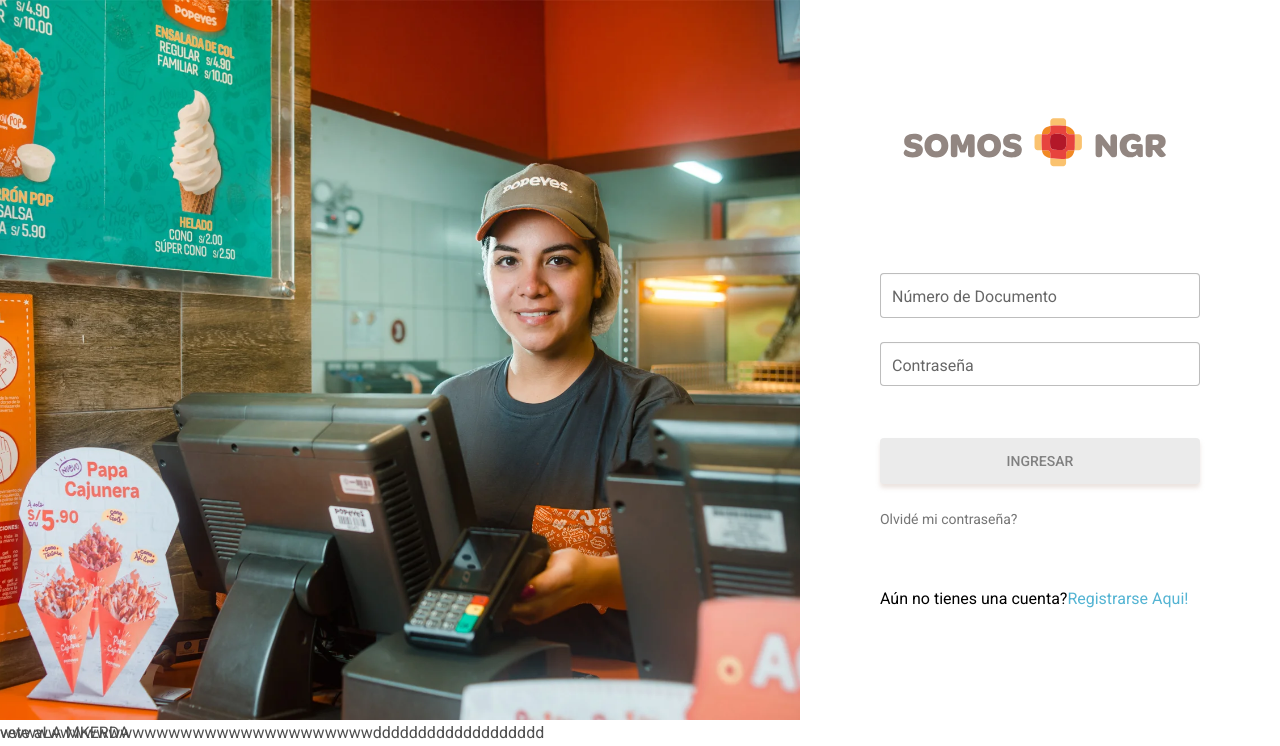
Repository: igmeMarcial/ProyectoLP-2023
Page: http://localhost/proyectoLP_2023/
An editor plug-in stored every save of this project. The page is shown before and after the next save, followed by the edit.
The browser window is 1280 px wide. The pictures show the whole page.
Some web libraries are served in a nearby version. The page is served by Tomcat 9.

Above is the page before, as saved 2023-03-18 17:54:43.

After the next save:
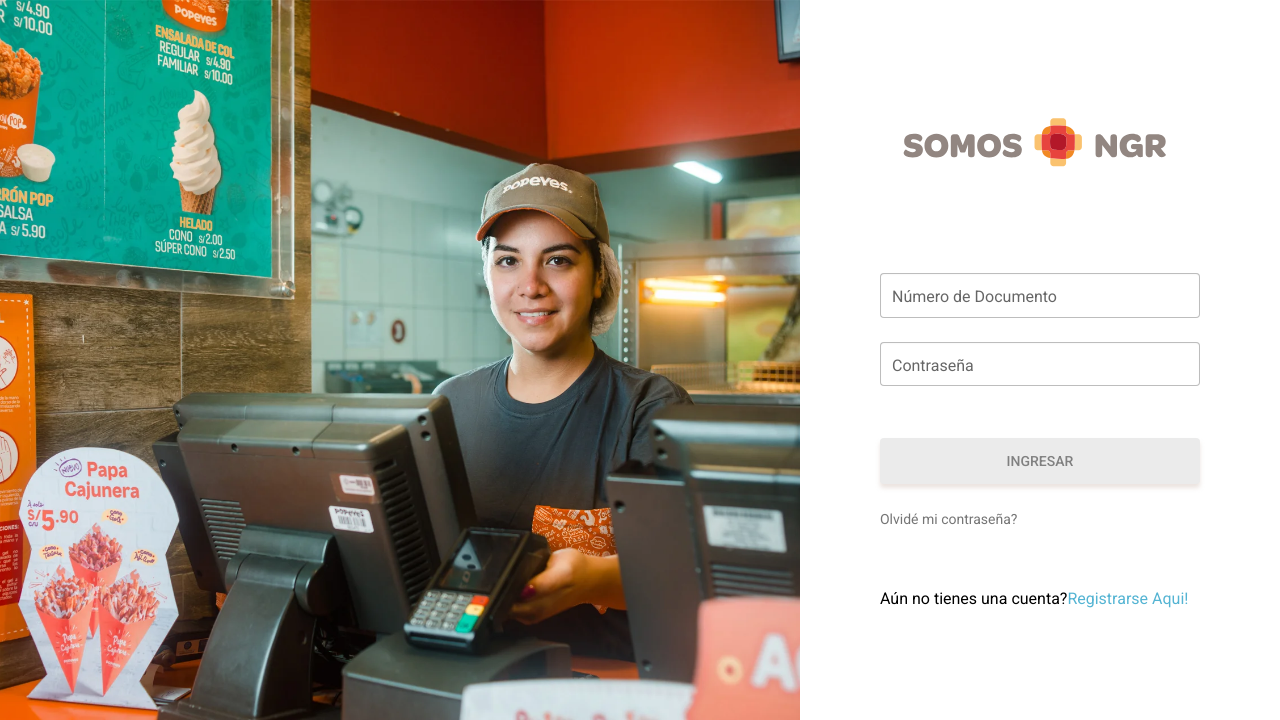
Saved 28 s later.
--- a/proyectoLP_2023/WebContent/index.jsp
+++ b/proyectoLP_2023/WebContent/index.jsp
@@ -66,13 +66,9 @@
 
     </div>
   </div>
-  <div>
-  		vete aLA MKERDA
-  </div>
+
 </section>
-<div>
-wwwwwwwwwwwwwwwwwwwwwwwwwwwwwwwddddddddddddddddddd
-</div>
+
 <script
   type="text/javascript"
   src="https://cdnjs.cloudflare.com/ajax/libs/mdb-ui-kit/6.2.0/mdb.min.js"
